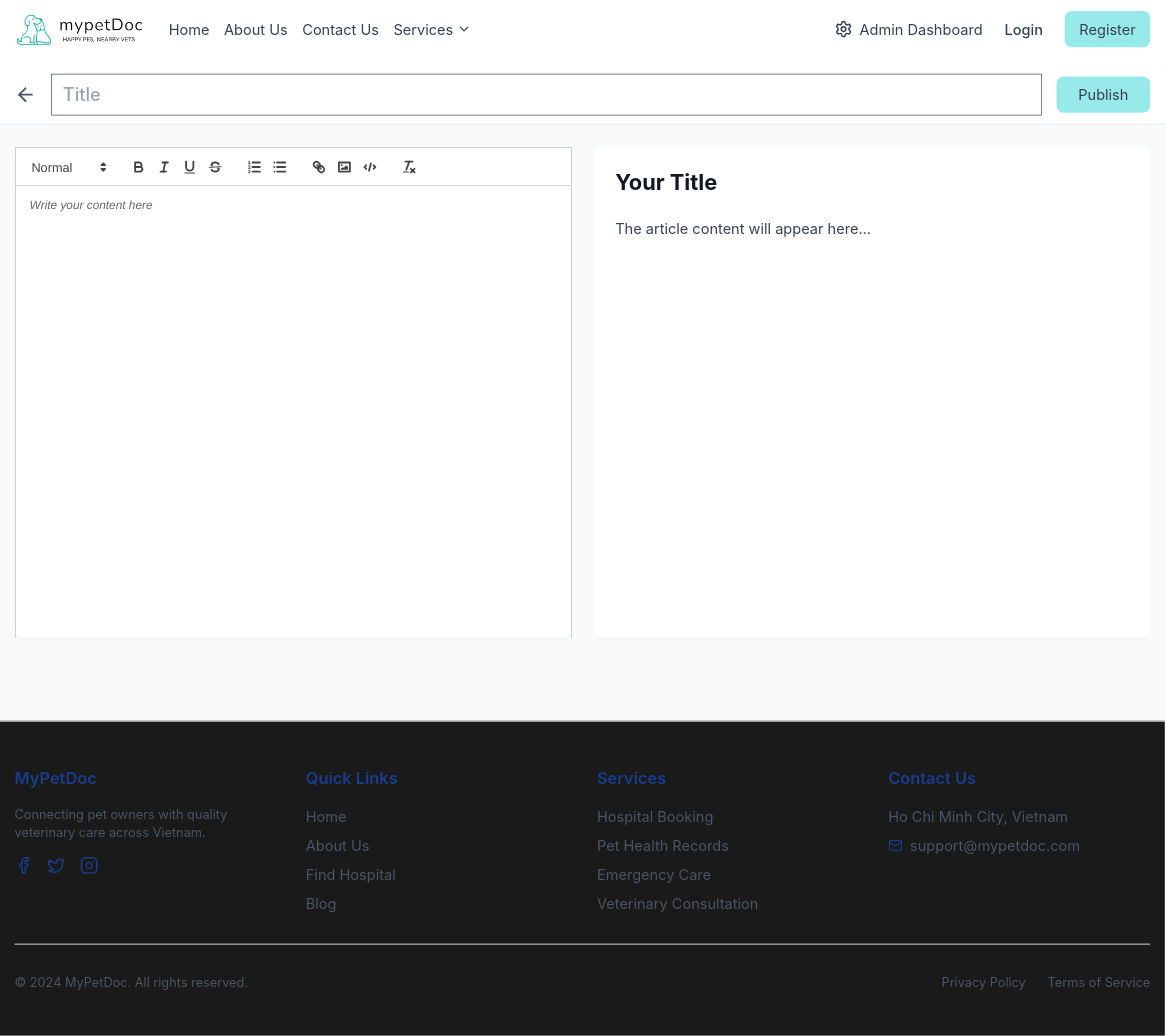
Repository: ZSayless/MyPetDoc
Page: /write-blog
An editor plug-in stored every save of this project. The page is shown before and after the next save, followed by the edit.
The browser window is 1280 px wide. The pictures show the whole page, at 91% of full size.
An inner scrolling area shows only its first screen. The project was rebuilt for these pictures with package versions that can differ from the ones it lists, and the page was loaded fresh each time. Also part of the build but not shown: vite.config.js, src/core/ButtonLink.js, src/components/register/SelectRoleModal.js, src/services/authService.js, src/components/register/Register.js, src/core/Overlay.js, src/components/login/Login.js, src/pages/admin/AdminSidebar.js and 40 more.

Above is the page before, as saved 2025-01-15 16:06:54.

### src/index.js
import React from "react";
import ReactDOM from "react-dom/client";
import "./index.css";
import App from "./App";
import { BrowserRouter } from "react-router-dom";
import { Provider } from "react-redux";
import { store } from "./redux/store";

const root = ReactDOM.createRoot(document.getElementById("root"));
root.render(
  <React.StrictMode>
    <BrowserRouter>
      <Provider store={store}>
        <App />
      </Provider>
    </BrowserRouter>
  </React.StrictMode>
);

### src/index.css
@tailwind base;
@tailwind components;
@tailwind utilities;

/* Custom styles for form inputs */
[type="text"],
[type="email"],
[type="password"] {
  @apply border-gray-300 focus:border-blue-500 focus:ring-blue-500 rounded-md shadow-sm;
}

body {
  margin: 0;
  font-family: -apple-system, BlinkMacSystemFont, "Segoe UI", "Roboto", "Oxygen",
    "Ubuntu", "Cantarell", "Fira Sans", "Droid Sans", "Helvetica Neue",
    sans-serif;
  -webkit-font-smoothing: antialiased;
  -moz-osx-font-smoothing: grayscale;
}

code {
  font-family: source-code-pro, Menlo, Monaco, Consolas, "Courier New",
    monospace;
}

### src/redux/store.js
import { configureStore } from "@reduxjs/toolkit";
import communityReducer from "./slices/communitySlice";
import adminReducer from "./slices/adminSlice";

export const store = configureStore({
  reducer: {
    community: communityReducer,
    admin: adminReducer,
  },
});

### src/assets/css/style.css
@tailwind base;
@tailwind components;
@tailwind utilities;

body {
  margin: 0px;
  padding: 0px;
}

html {
  font-family: "Helvetica Neue", Helvetica, Arial, sans-serif;
}

/* Footer Styles */
footer {
  background-color: #1a1a1a !important;
}

.footer-logo {
  height: 40px;
  width: auto;
}

footer .social-icons a {
  color: #fff;
  background: rgba(255, 255, 255, 0.1);
  width: 35px;
  height: 35px;
  display: inline-flex;
  align-items: center;
  justify-content: center;
  border-radius: 50%;
  transition: all 0.3s ease;
}

footer .social-icons a:hover {
  background: #6f42c1;
  transform: translateY(-3px);
}

footer .subscribe-form input {
  border: 1px solid rgba(255, 255, 255, 0.1);
  padding: 10px 15px;
}

footer .subscribe-form input:focus {
  box-shadow: none;
  border-color: #6f42c1;
}

footer .subscribe-form button {
  background: #6f42c1;
  border: none;
  padding: 10px 25px;
  width: 100%;
}

footer .subscribe-form button:hover {
  background: #5a32a3;
}

footer a.text-secondary:hover {
  color: #6f42c1 !important;
}

.hero-section {
  background-image: url("https://bizmap.dexignzone.com/react/demo/static/media/slide1.472de18a.jpg");
  background-size: cover;
  background-position: center;
  background-repeat: no-repeat;
}

.shadownHomeActive {
  color: #fff;
  box-shadow: 0 0 0 3px hsla(0, 0%, 100%, 0.2);
  background-color: rgb(147 51 234 / var(--tw-bg-opacity, 1));
}
.shadownHome:hover {
  border: none;
  box-shadow: 0 0 0 3px hsla(0, 0%, 100%, 0.2);
}
.btn__contact {
  background: hsla(0, 0%, 100%, 0.2);
  border: 1px solid hsla(0, 0%, 100%, 0.2);
}

.contact__card {
  border: 1px solid #e1e6eb;
  border-radius: 4px;
  box-shadow: 0 4px 6px 0 rgba(0, 0, 0, 0.05);
}
.contact__icon {
  box-shadow: 0 0 0 5px rgba(70, 17, 167, 0.1),
    0 0 0 10px rgba(70, 17, 167, 0.1);
}
.contact__form input {
  box-shadow: 0 4px 6px 0 rgba(0, 0, 0, 0.05);
}

.swiper-button-next::after,
.swiper-button-prev::after {
  display: none;
}

.swiper-button-disabled {
  opacity: 0.5;
  cursor: not-allowed;
}

.instagram__img:hover {
  opacity: 0.7;
  transition: all 0.5s;
  -webkit-transition: all 0.5s;
}
.border__category {
  border-bottom: 1px dashed #ecebf5;
}

### src/context/AuthContext.js
import React, { createContext, useContext, useState } from "react";

const AuthContext = createContext();

export function AuthProvider({ children }) {
  const [isAuthenticated, setIsAuthenticated] = useState(() => {
    const saved = localStorage.getItem("isAuthenticated");
    return saved === "true";
  });
  const [user, setUser] = useState(() => {
    const saved = localStorage.getItem("user");
    return saved ? JSON.parse(saved) : null;
  });

  const login = (userData) => {
    setIsAuthenticated(true);
    setUser(userData);
    localStorage.setItem("isAuthenticated", "true");
    localStorage.setItem("user", JSON.stringify(userData));
  };

  const logout = () => {
    setIsAuthenticated(false);
    setUser(null);
    localStorage.removeItem("isAuthenticated");
    localStorage.removeItem("user");
  };

  return (
    <AuthContext.Provider value={{ isAuthenticated, user, login, logout }}>
      {children}
    </AuthContext.Provider>
  );
}

export function useAuth() {
  const context = useContext(AuthContext);
  if (!context) {
    throw new Error("useAuth must be used within an AuthProvider");
  }
  return context;
}

### src/components/blog/WriteBlog.js
import React, { useState, useEffect } from "react";
import ReactQuill from "react-quill";
import "react-quill/dist/quill.snow.css";
import { ArrowLeft, X } from "lucide-react";
import { Link, useNavigate, useParams } from "react-router-dom";

const WriteBlog = () => {
  const { id } = useParams(); // Thêm để lấy id từ URL
  const navigate = useNavigate();
  const [showPreview, setShowPreview] = useState(false);
  const [isDirty, setIsDirty] = useState(false);
  const [showLeaveModal, setShowLeaveModal] = useState(false);
  const [nextPath, setNextPath] = useState(null);
  const [title, setTitle] = useState("");
  const [content, setContent] = useState("");

  // Mock data cho drafts
  const mockDrafts = {
    1: {
      id: 1,
      title: "Essential Vaccinations for Puppies",
      content: "Draft content here...",
      status: "draft",
    },
  };

  // Load draft content nếu đang edit
  useEffect(() => {
    if (id) {
      const draftContent = mockDrafts[id];
      if (draftContent) {
        setTitle(draftContent.title);
        setContent(draftContent.content);
      }
    }
  }, [id]);

  // Giữ nguyên toàn bộ code cũ
  useEffect(() => {
    if (title.trim() || content.trim()) {
      setIsDirty(true);
    }
  }, [title, content]);

  useEffect(() => {
    const handlePopState = (event) => {
      if (isDirty) {
        event.preventDefault();
        setNextPath("/bloglist");
        setShowLeaveModal(true);
        window.history.pushState(null, "", window.location.pathname);
      }
    };

    window.history.pushState(null, "", window.location.pathname);
    window.addEventListener("popstate", handlePopState);

    return () => {
      window.removeEventListener("popstate", handlePopState);
    };
  }, [isDirty]);

  useEffect(() => {
    const handleBeforeUnload = (e) => {
      if (isDirty) {
        e.preventDefault();
        e.returnValue = "Changes you made may not be saved.";
        return e.returnValue;
      }
    };

    window.addEventListener("beforeunload", handleBeforeUnload);
    return () => window.removeEventListener("beforeunload", handleBeforeUnload);
  }, [isDirty]);

  const handleNavigate = (path) => {
    if (isDirty) {
      setNextPath(path);
      setShowLeaveModal(true);
    } else {
      navigate(path);
    }
  };

  const LeaveModal = () => (
    <div className="fixed inset-0 bg-black/50 flex items-center justify-center z-50">
      <div className="bg-white rounded-lg p-6 max-w-md w-full mx-4">
        <h3 className="text-xl font-bold mb-4">Leave without saving?</h3>
        <p className="text-gray-600 mb-6">
          You have unsaved changes. Are you sure you want to leave? Your changes
          will be lost.
        </p>
        <div className="flex justify-end gap-3">
          <button
            className="px-4 py-2 text-gray-600 hover:bg-gray-100 rounded-lg"
            onClick={() => {
              setShowLeaveModal(false);
              window.history.pushState(null, "", window.location.pathname);
            }}
          >
            Stay
          </button>
          <button
            className="px-4 py-2 bg-red-500 text-white rounded-lg hover:bg-red-600"
            onClick={() => {
              setShowLeaveModal(false);
              setIsDirty(false);
              navigate(nextPath);
            }}
          >
            Leave
          </button>
        </div>
      </div>
    </div>
  );

  const modules = {
    toolbar: [
      [{ header: [1, 2, 3, false] }],
      ["bold", "italic", "underline", "strike"],
      [{ list: "ordered" }, { list: "bullet" }],
      ["link", "image", "code-block"],
      ["clean"],
    ],
  };

  const formats = [
    "header",
    "bold",
    "italic",
    "underline",
    "strike",
    "list",
    "bullet",
    "link",
    "image",
    "code-block",
  ];

  // Sửa lại handleSubmit để xử lý cả draft và publish
  const handleSubmit = async (status) => {
    if (!title.trim() || !content.trim()) {
      alert("Please fill in the title and content completely.");
      return;
    }

    try {
      const blogData = {
        title,
        content,
        status,
        ...(status === "published" && {
          publishDate: new Date().toISOString(),
        }),
      };

      // TODO: Call API to save blog
      console.log("Blog saved:", blogData);

      alert(
        status === "draft"
          ? "Draft saved successfully!"
          : "Blog published successfully!"
      );
      navigate("/my-blogs");
    } catch (error) {
      alert("Error occurred while saving the blog");
    }
  };

  // Giữ nguyên toàn bộ UI
  return (
    <div className="min-h-screen bg-gray-50">
      {showLeaveModal && <LeaveModal />}

      {/* Header */}
      <div className="bg-white border-b sticky top-0 z-10">
        <div className="container mx-auto px-4">
          <div className="h-16 flex items-center justify-between">
            {/* Left side: Back button and Title */}
            <div className="flex items-center gap-4 flex-1 mr-4">
              <button
                onClick={() => handleNavigate("/bloglist")}
                className="text-gray-600 hover:text-gray-900"
              >
                <ArrowLeft className="w-5 h-5 md:w-6 md:h-6" />
              </button>
              <input
                type="text"
                placeholder="Title"
                className="text-lg md:text-xl font-medium focus:outline-none placeholder:text-gray-400 w-full"
                value={title}
                onChange={(e) => setTitle(e.target.value)}
              />
            </div>

            {/* Right side: Action buttons */}
            <div className="flex items-center gap-3 flex-shrink-0">
              {id ? (
                <>
                  <button
                    onClick={() => handleSubmit("draft")}
                    className="px-4 py-2 text-gray-700 bg-gray-100 rounded-lg hover:bg-gray-200"
                  >
                    Save Draft
                  </button>
                  <button
                    onClick={() => handleSubmit("published")}
                    className="px-6 py-2 bg-[#98E9E9] text-gray-700 rounded-lg hover:bg-[#7CD5D5]"
                  >
                    Publish
                  </button>
                </>
              ) : (
                <button
                  onClick={() => handleSubmit("published")}
                  className="px-6 py-2 bg-[#98E9E9] text-gray-700 rounded-lg hover:bg-[#7CD5D5]"
                >
                  Publish
                </button>
              )}
            </div>
          </div>
        </div>
      </div>

      {/* Main Content */}
      <div className="container mx-auto px-4 py-6">
        <div className="grid grid-cols-1 lg:grid-cols-2 gap-6">
          {/* Editor Column */}
          <div className="bg-white rounded-lg shadow-sm">
            <ReactQuill
              theme="snow"
              value={content}
              onChange={setContent}
              modules={modules}
              formats={formats}
              placeholder="Write your content here"
              className="h-[calc(100vh-200px)] md:h-[calc(100vh-180px)] overflow-y-auto"
            />
          </div>

          {/* Preview Column - Hide on mobile, show on desktop */}
          <div className="hidden lg:block bg-white rounded-lg shadow-sm p-6">
            <div className="prose max-w-none">
              <h1 className="text-2xl font-bold mb-4">
                {title || "Your Title"}
              </h1>
              <div
                dangerouslySetInnerHTML={{
                  __html:
                    content || "<p>The article content will appear here...</p>",
                }}
              />
            </div>
          </div>

          {/* Preview Button - Show only on mobile */}
          <button
            onClick={() => setShowPreview(true)}
            className="lg:hidden fixed bottom-4 right-4 px-4 py-2 bg-white shadow-lg rounded-lg text-gray-700 border"
          >
            Preview
          </button>
        </div>
      </div>

      {/* Preview Modal for Mobile */}
      {showPreview && (
        <div className="fixed inset-0 bg-white z-50 overflow-y-auto lg:hidden">
          <div className="sticky top-0 bg-white border-b px-4 py-3 flex items-center justify-between">
            <h2 className="font-semibold">Preview</h2>
            <button
              onClick={() => setShowPreview(false)}
              className="p-1 hover:bg-gray-100 rounded-full"
            >
              <X className="w-6 h-6" />
            </button>
          </div>
          <div className="p-4">
            <div className="prose max-w-none">
              <h1 className="text-2xl font-bold mb-4">
                {title || "Your Title"}
              </h1>
              <div
                dangerouslySetInnerHTML={{
                  __html:
                    content || "<p>The article content will appear here...</p>",
                }}
              />
            </div>
          </div>
        </div>
      )}
    </div>
  );
};

export default WriteBlog;

### src/redux/slices/communitySlice.js
import { createSlice, createAsyncThunk } from "@reduxjs/toolkit";
import { communityService } from "../../services/communityService";

// Async thunks
export const fetchPosts = createAsyncThunk(
  "community/fetchPosts",
  async ({ page, limit }) => {
    const response = await communityService.getPosts(page, limit);
    return response.data;
  }
);

export const createPost = createAsyncThunk(
  "community/createPost",
  async (postData) => {
    const response = await communityService.createPost(postData);
    return response.data;
  }
);

// ... thêm các thunks khác

const communitySlice = createSlice({
  name: "community",
  initialState: {
    posts: [],
    currentPost: null,
    loading: false,
    error: null,
    page: 1,
    hasMore: true,
  },
  reducers: {
    setCurrentPost: (state, action) => {
      state.currentPost = action.payload;
    },
    clearError: (state) => {
      state.error = null;
    },
  },
  extraReducers: (builder) => {
    builder
      .addCase(fetchPosts.pending, (state) => {
        state.loading = true;
      })
      .addCase(fetchPosts.fulfilled, (state, action) => {
        state.loading = false;
        state.posts = action.payload.data;
        state.hasMore = action.payload.hasMore;
      })
      .addCase(fetchPosts.rejected, (state, action) => {
        state.loading = false;
        state.error = action.error.message;
      });
    // ... thêm các cases khác
  },
});

export const { setCurrentPost, clearError } = communitySlice.actions;
export default communitySlice.reducer;

### src/services/communityService.js
import axios from "axios";

const BASE_URL = process.env.REACT_APP_API_URL;

export const communityService = {
  // Posts
  getPosts: (page = 1, limit = 10) =>
    axios.get(`${BASE_URL}/posts?page=${page}&limit=${limit}`),

  getPostById: (postId) => axios.get(`${BASE_URL}/posts/${postId}`),

  createPost: (data) => axios.post(`${BASE_URL}/posts`, data),

  updatePost: (postId, data) => axios.put(`${BASE_URL}/posts/${postId}`, data),

  deletePost: (postId) => axios.delete(`${BASE_URL}/posts/${postId}`),

  // Comments
  getComments: (postId) => axios.get(`${BASE_URL}/posts/${postId}/comments`),

  addComment: (postId, data) =>
    axios.post(`${BASE_URL}/posts/${postId}/comments`, data),

  deleteComment: (commentId) =>
    axios.delete(`${BASE_URL}/comments/${commentId}`),

  // Likes
  likePost: (postId) => axios.post(`${BASE_URL}/posts/${postId}/like`),

  unlikePost: (postId) => axios.delete(`${BASE_URL}/posts/${postId}/like`),

  // Reports
  reportPost: (postId, reason) =>
    axios.post(`${BASE_URL}/posts/${postId}/report`, { reason }),
};

### src/data/mockData.js
export const mockUsers = [
  {
    id: 1,
    name: "John Doe",
    email: "john@example.com",
    role: "Pet Owner",
    status: "active",
    joinDate: "2024-03-15",
  },
  {
    id: 2,
    name: "Jane Smith",
    email: "jane@example.com",
    role: "Veterinarian",
    status: "active",
    joinDate: "2024-03-14",
  },
  {
    id: 3,
    name: "Dr. Wilson",
    email: "wilson@example.com",
    role: "Admin",
    status: "active",
    joinDate: "2024-03-10",
  },
];

export const mockHospitals = [
  {
    id: 1,
    name: "Pet Care Center",
    address: "123 Main St",
    phone: "0123456789",
    email: "petcare@example.com",
    status: "pending",
    rating: 4.5,
    joinDate: "2024-03-15",
  },
  {
    id: 2,
    name: "Animal Hospital",
    address: "456 Oak St",
    phone: "0987654321",
    email: "animalhospital@example.com",
    status: "approved",
    rating: 4.8,
    joinDate: "2024-03-10",
  },
];

export const mockBlogs = [
  {
    id: 1,
    title: "Essential Pet Vaccinations Guide",
    author: "Dr. John Smith",
    category: "Pet Health",
    content: "Detailed guide about pet vaccinations...",
    status: "published",
    views: 1234,
    publishDate: "2024-03-15",
  },
  {
    id: 2,
    title: "Common Pet Behavior Issues",
    author: "Dr. Sarah Johnson",
    category: "Pet Behavior",
    content: "Understanding pet behavior problems...",
    status: "draft",
    views: 0,
    publishDate: "-",
  },
];

export const mockReports = [
  {
    id: 1,
    type: "comment",
    content: "Inappropriate comment on blog post",
    reportedItem: "Comment on 'Pet Nutrition Guide'",
    reportedBy: "John Doe",
    reportedAt: "2024-03-15",
    status: "pending",
  },
  {
    id: 2,
    type: "review",
    content: "False review information",
    reportedItem: "Review for PetCare Hospital",
    reportedBy: "Jane Smith",
    reportedAt: "2024-03-14",
    status: "resolved",
  },
];

export const mockMessages = [
  {
    id: 1,
    name: "John Doe",
    email: "john@example.com",
    subject: "Question about services",
    message: "I have a question about your pet vaccination services...",
    status: "unread",
    createdAt: "2024-03-15",
  },
  {
    id: 2,
    name: "Jane Smith",
    email: "jane@example.com",
    subject: "Feedback",
    message: "I wanted to share my experience...",
    status: "read",
    createdAt: "2024-03-14",
  },
];

export const mockPendingApprovals = [
  {
    id: 1,
    type: "hospital",
    name: "Pet Care Center",
    email: "petcare@example.com",
    status: "pending",
    submittedAt: "2024-03-15",
    details: {
      address: "123 Main St",
      phone: "0123456789",
      license: "LICENSE123",
      services: ["Vaccination", "Surgery", "Grooming"],
    },
  },
  {
    id: 2,
    type: "veterinarian",
    name: "Dr. Sarah Wilson",
    email: "sarah.wilson@example.com",
    status: "pending",
    submittedAt: "2024-03-14",
    details: {
      license: "VET456",
      specialization: "Small Animals",
      experience: "5 years",
      certifications: ["ACVS", "ACVIM"],
    },
  },
];

### tailwind.config.js
/** @type {import('tailwindcss').Config} */
module.exports = {
  content: ["./src/**/*.{js,jsx,ts,tsx}"],
  theme: {
    extend: {},
  },
  plugins: [require("@tailwindcss/forms"), require("@tailwindcss/typography")],
};

Loaded but not shown: public/index.html (common file); src/components/common/ScrollToTop.js (common file); src/components/layout/Header.js (518 lines, source omitted); src/App.js (238 lines, source omitted); src/components/layout/Footer.js (169 lines, source omitted); src/redux/slices/adminSlice.js (153 lines, source omitted); src/components/blog/BlogDetail.js (empty); src/components/community/CommunityList.js (empty)

After the next save:
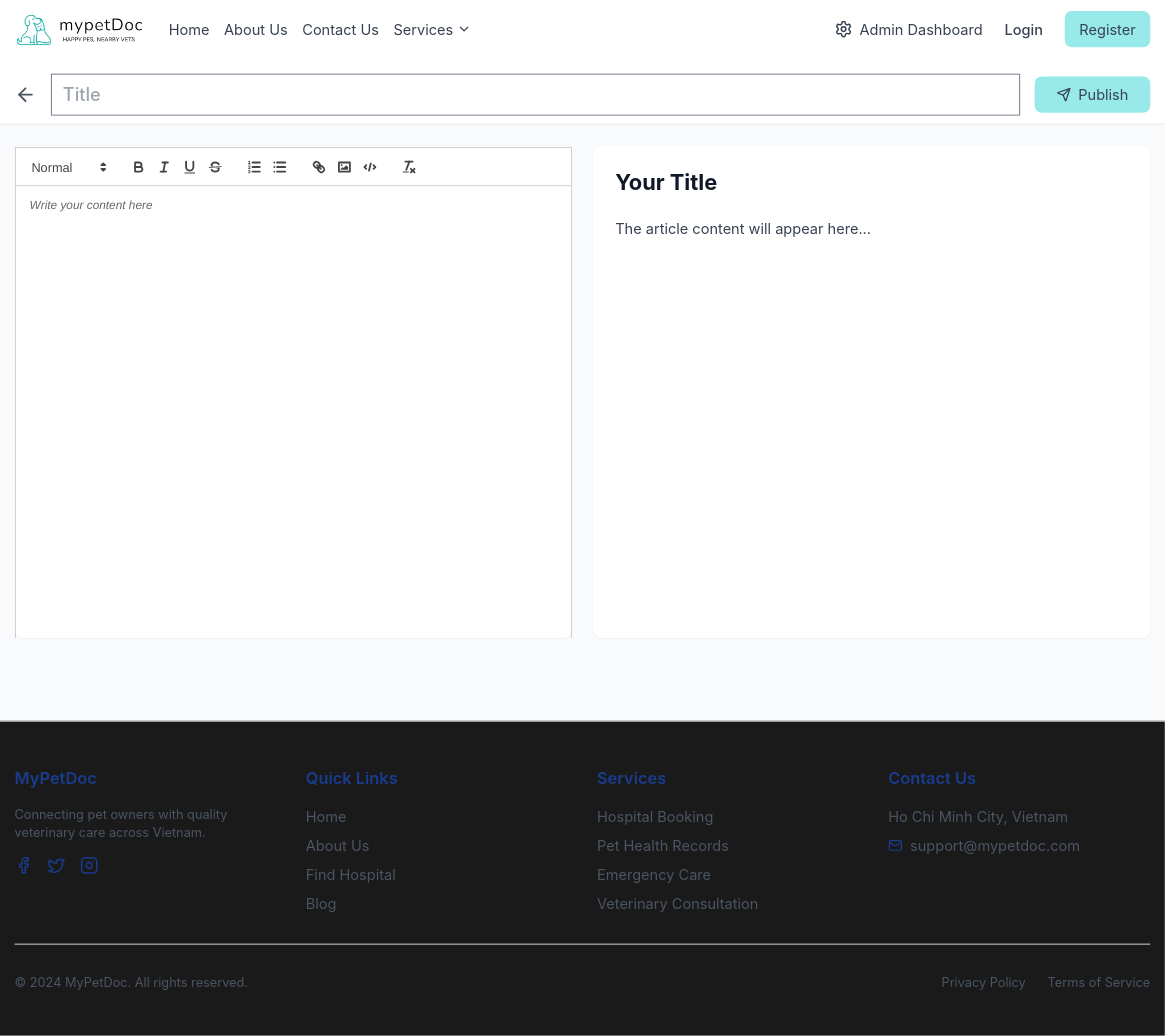
Saved 15 min 48 s later.
--- a/src/components/blog/WriteBlog.js
+++ b/src/components/blog/WriteBlog.js
@@ -1,7 +1,7 @@
 import React, { useState, useEffect } from "react";
 import ReactQuill from "react-quill";
 import "react-quill/dist/quill.snow.css";
-import { ArrowLeft, X } from "lucide-react";
+import { ArrowLeft, X, Save, Send, FileEdit } from "lucide-react";
 import { Link, useNavigate, useParams } from "react-router-dom";
 
 const WriteBlog = () => {
@@ -201,22 +201,25 @@ const WriteBlog = () => {
                 <>
                   <button
                     onClick={() => handleSubmit("draft")}
-                    className="px-4 py-2 text-gray-700 bg-gray-100 rounded-lg hover:bg-gray-200"
+                    className="px-4 py-2 text-gray-700 bg-gray-100 rounded-lg hover:bg-gray-200 flex items-center gap-2"
                   >
+                    <Save className="w-4 h-4" />
                     Save Draft
                   </button>
                   <button
                     onClick={() => handleSubmit("published")}
-                    className="px-6 py-2 bg-[#98E9E9] text-gray-700 rounded-lg hover:bg-[#7CD5D5]"
+                    className="px-6 py-2 bg-[#98E9E9] text-gray-700 rounded-lg hover:bg-[#7CD5D5] flex items-center gap-2"
                   >
+                    <Send className="w-4 h-4" />
                     Publish
                   </button>
                 </>
               ) : (
                 <button
                   onClick={() => handleSubmit("published")}
-                  className="px-6 py-2 bg-[#98E9E9] text-gray-700 rounded-lg hover:bg-[#7CD5D5]"
+                  className="px-6 py-2 bg-[#98E9E9] text-gray-700 rounded-lg hover:bg-[#7CD5D5] flex items-center gap-2"
                 >
+                  <Send className="w-4 h-4" />
                   Publish
                 </button>
               )}
